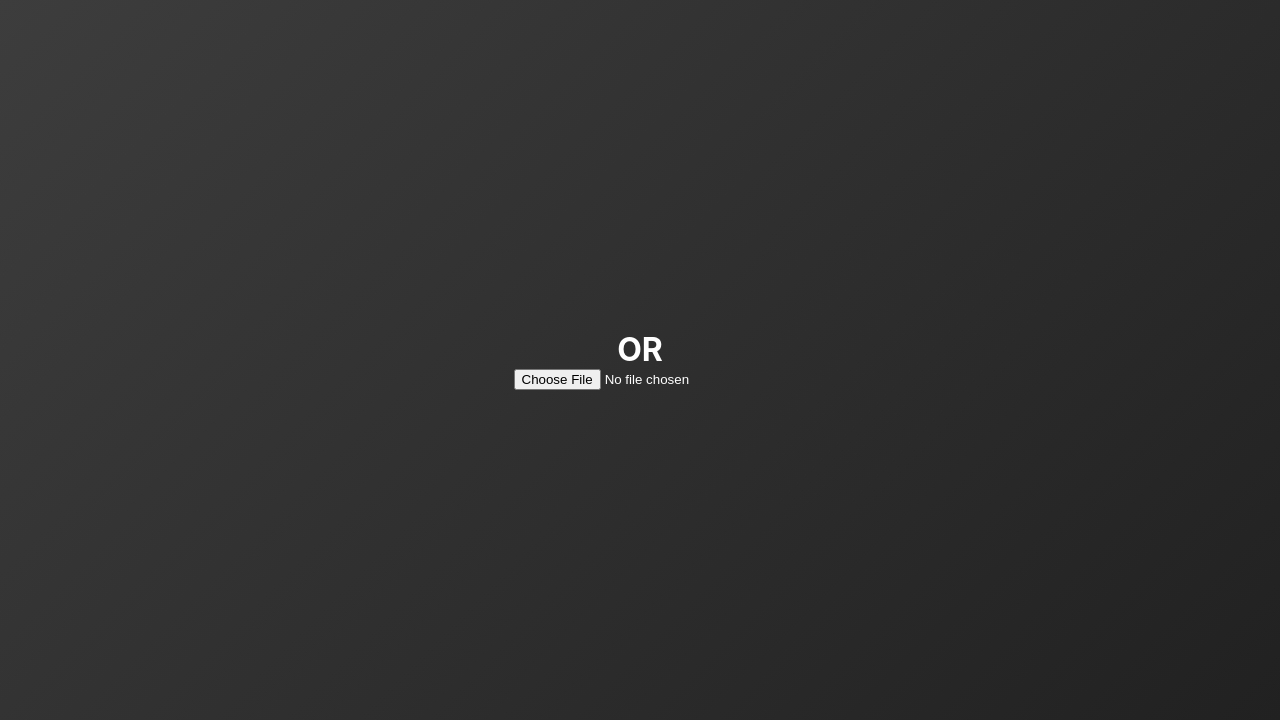
Repository: RXBVK/rt-map
Page: /
An editor plug-in stored every save of this project. The page is shown before and after the next save, followed by the edit.
The browser window is 1280 px wide. The pictures show the whole page.
The project was rebuilt for these pictures with package versions that can differ from the ones it lists, and the page was loaded fresh each time.

Above is the page before, as saved 2021-07-21 13:15:43.

After the next save:
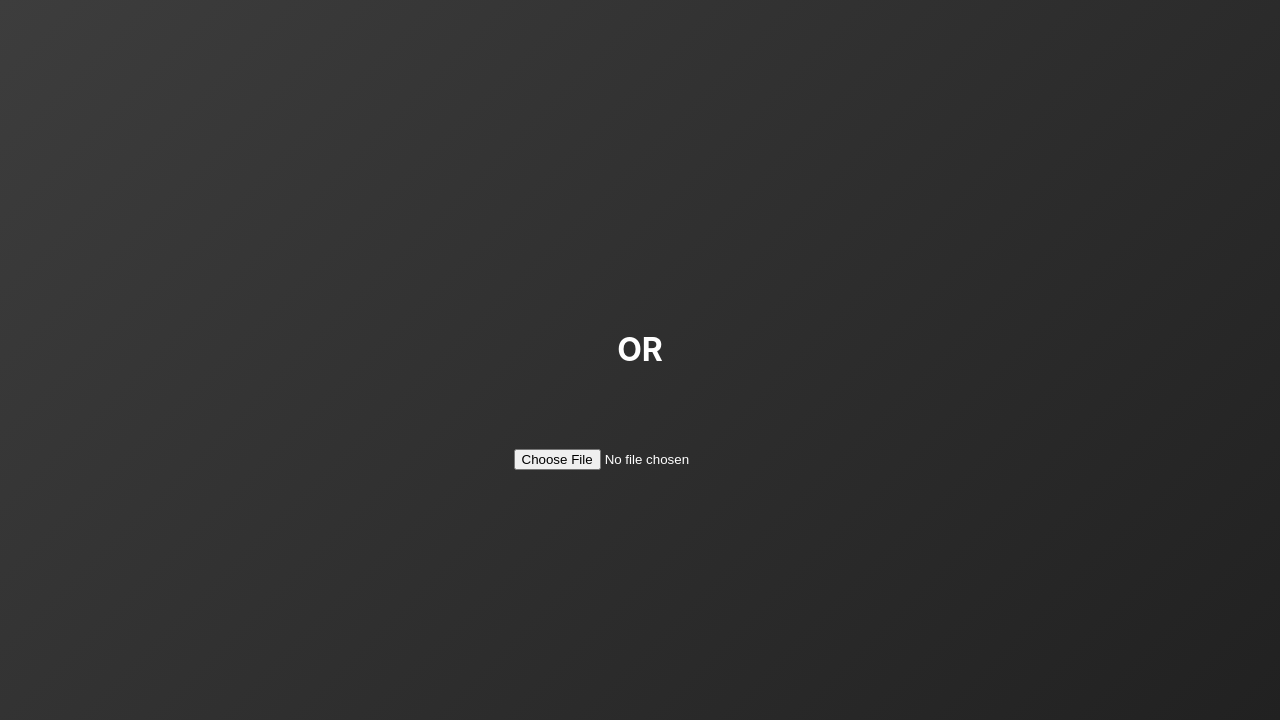
Saved 3 s later.
--- a/src/components/CsvUploader/CsvUploader.js
+++ b/src/components/CsvUploader/CsvUploader.js
@@ -3,10 +3,10 @@ import "./styles/csv-uploader.css";
 
 export default function CsvUploader() {
   return (
-    <>
+    <div className="csv-uploader__container">
       <div className="dropzone"></div>
       <h1>OR</h1>
       <input type="file" />
-    </>
+    </div>
   );
 }
